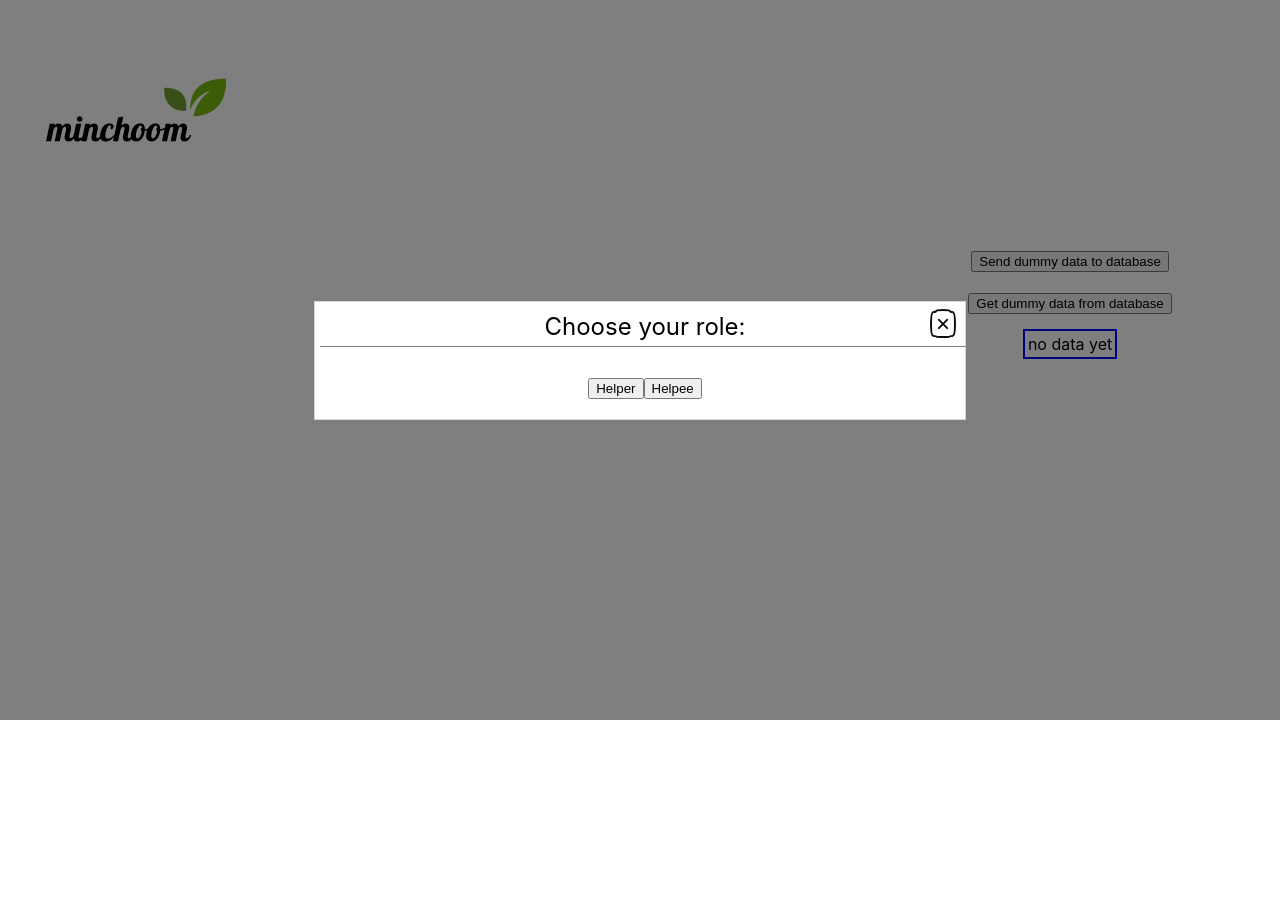
Repository: jeongeonp/MinChoAvengers
Page: / (app in minchoom/)
The author's editor kept a copy of each file at every save. The page is drawn from the files as they stood at one save, then again after the next save.
The browser window is 1280 px wide. The pictures show the whole page.
The project was rebuilt for these pictures with package versions that can differ from the ones it lists, and the page was loaded fresh each time.

Above is the page before, as saved 2020-11-19 16:47:57.

After the next save:
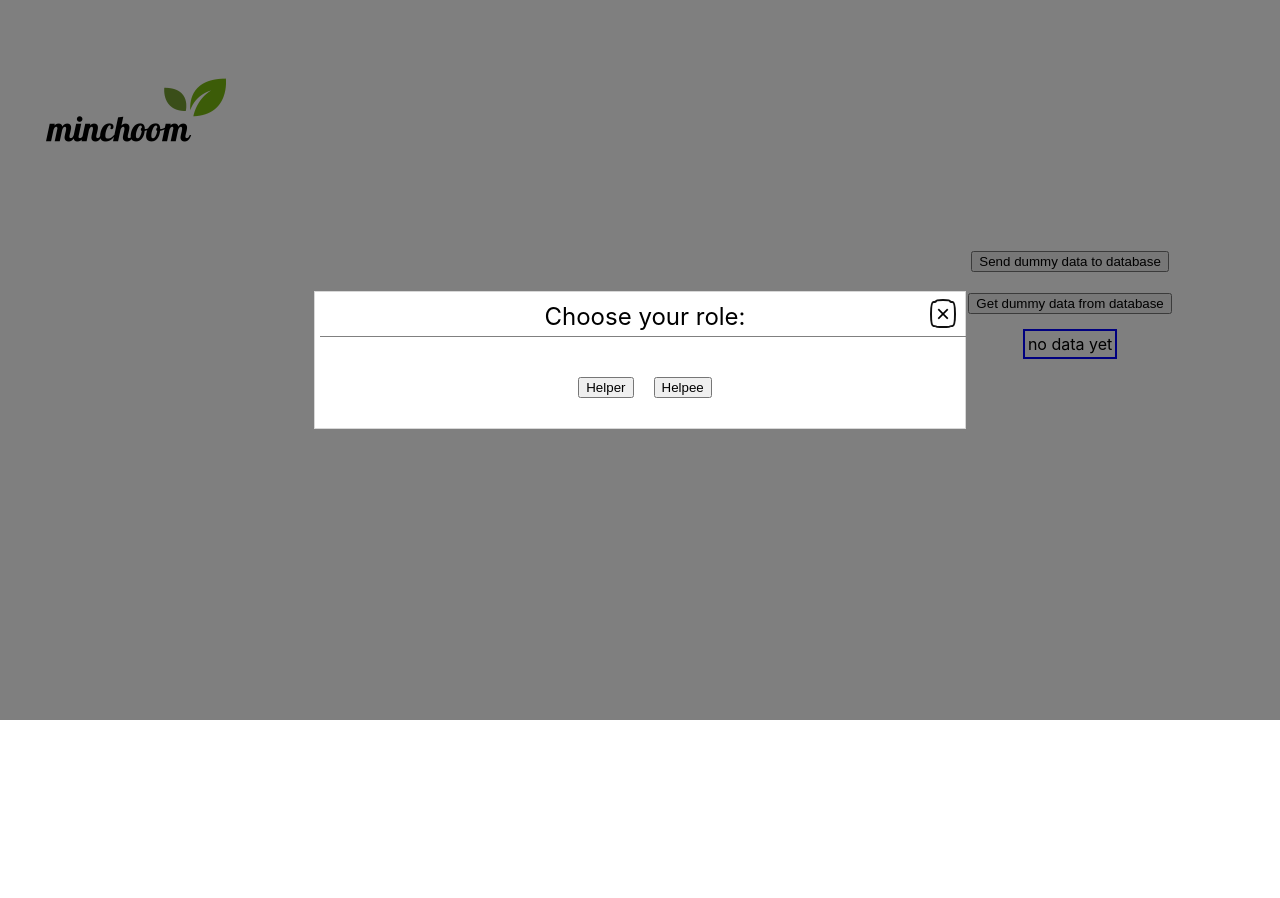
Saved 31 s later.
--- a/minchoom/src/App.css
+++ b/minchoom/src/App.css
@@ -83,6 +83,10 @@
   border: none;
 }
 
+.button{
+  margin: 10px;
+}
+
 
 @keyframes App-logo-spin {
   from {
